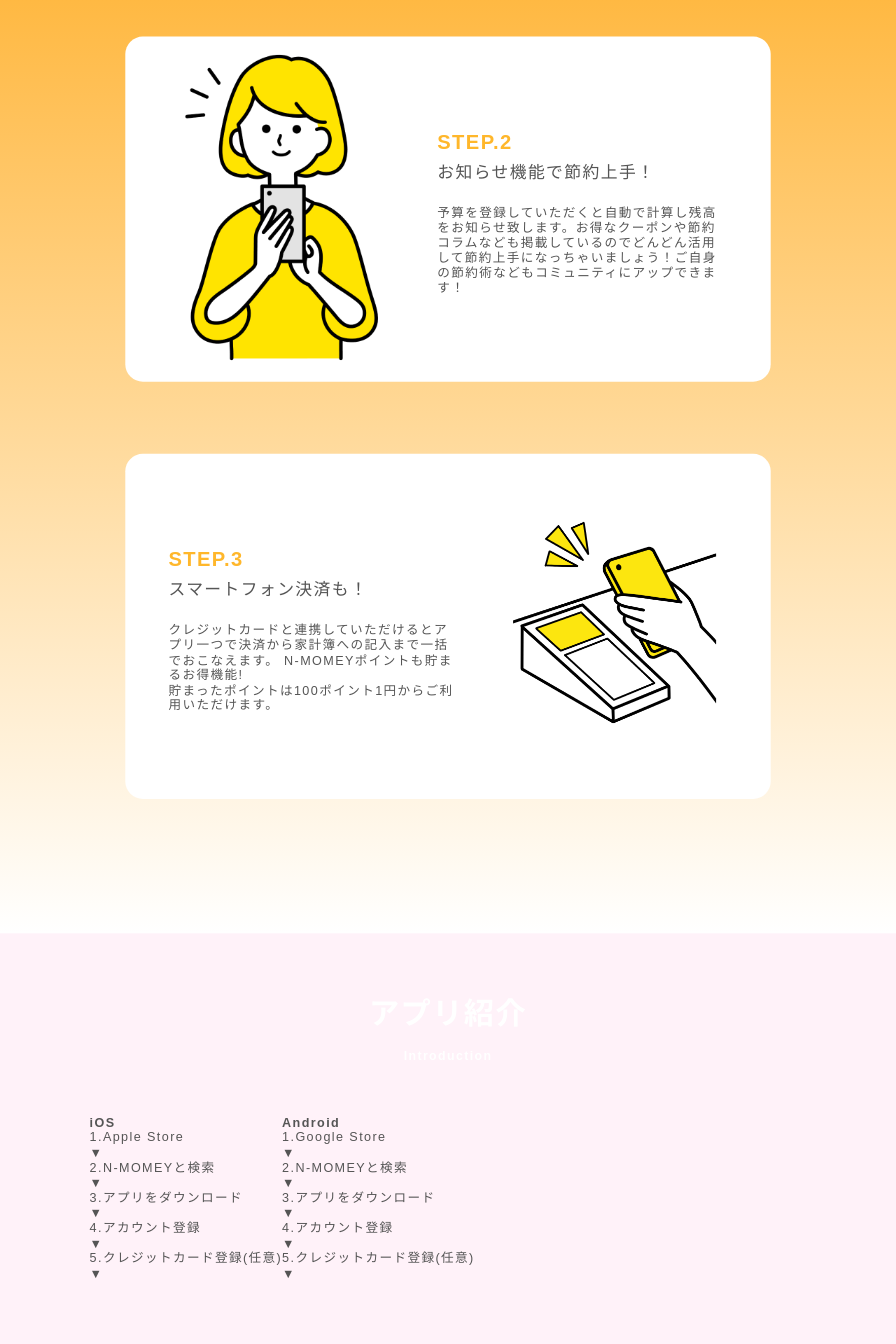
Repository: nozomi-23/lp2_test
Page: index.html
These files come from the project's save history. The page is drawn as it stood at one moment and after the next save; the edit follows.
The browser window is 1280 px wide. The pictures show the part of the page from y = 1846 to 3766 px (the page is 3766 px tall), at 70% of full size.
Some web fonts or font styles are not loaded; a fallback is used.

Above is the page before, as saved 2022-06-18 15:26:21.

After the next save:
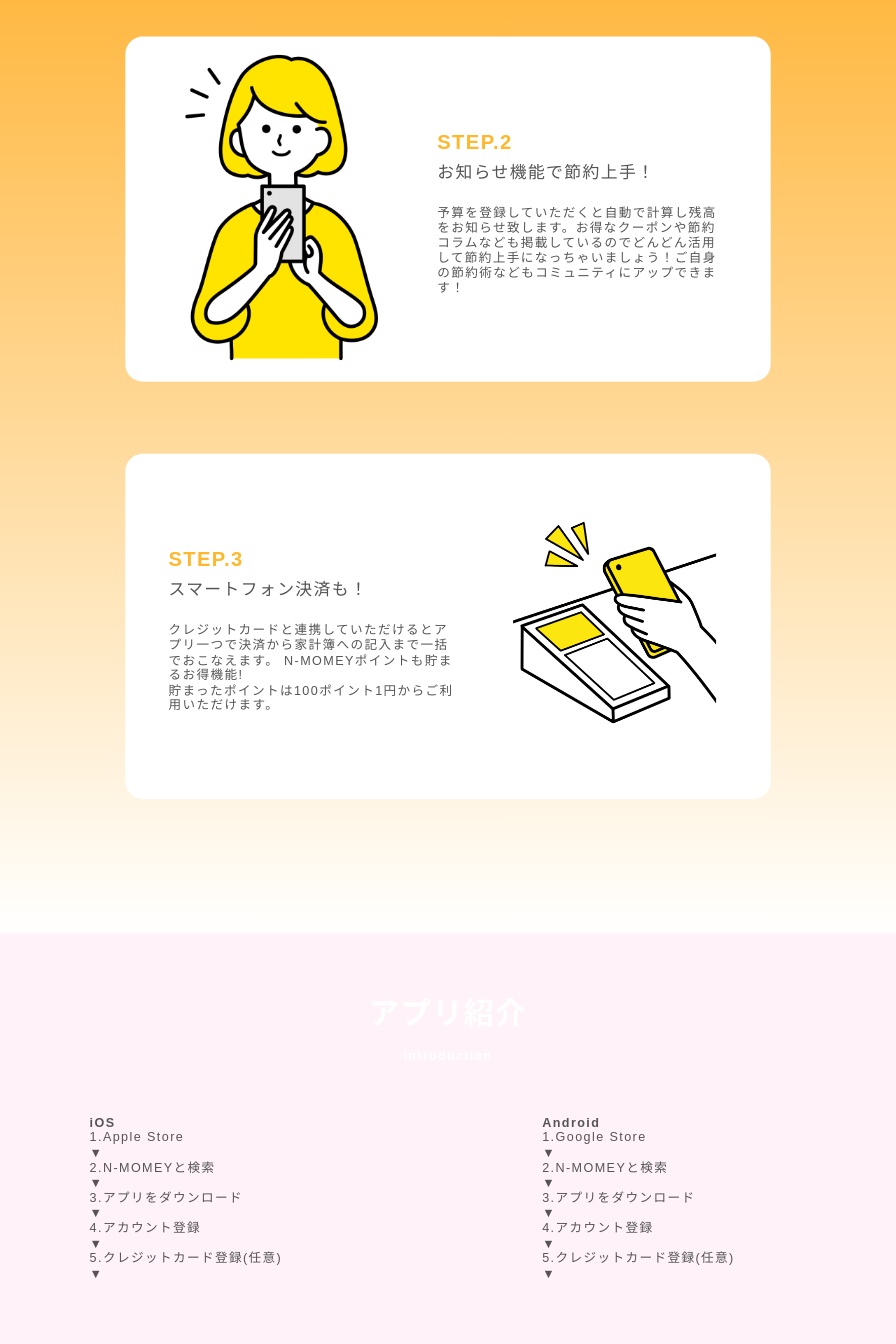
Saved 7 s later.
--- a/css/common.css
+++ b/css/common.css
@@ -221,5 +221,5 @@ how
 .how_wrapper {
   width: 90%;
   display: flex;
-  j
-}
+  justify-content: space-between;
+}
